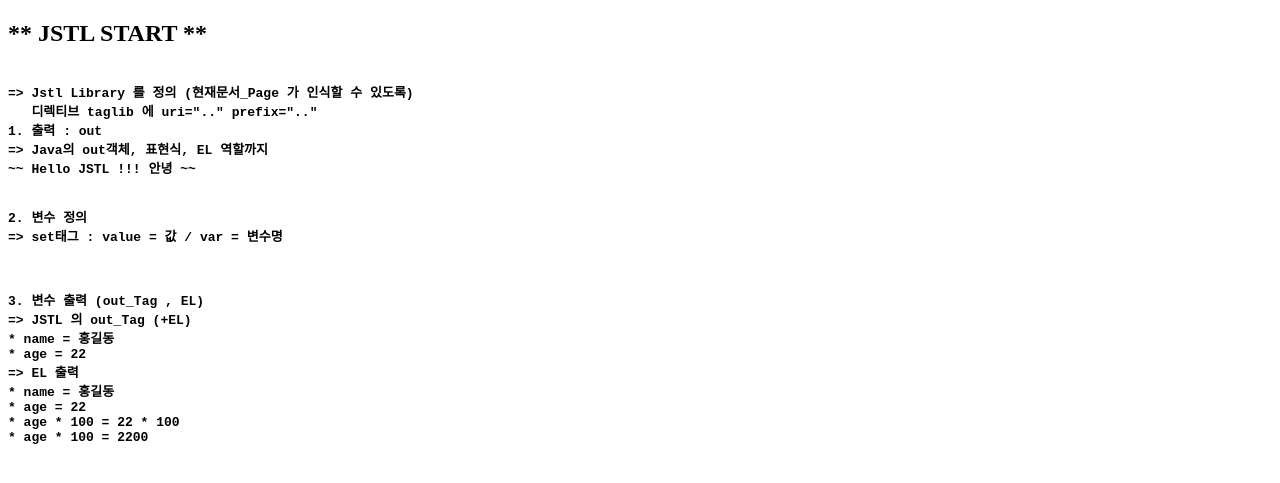
Repository: JYH94/JAVA
Page: http://localhost/web01/jsp03_jstl/ex01_jstlStart.jsp
An editor plug-in stored every save of this project. The page is shown before and after the next save, followed by the edit.
The browser window is 1280 px wide. The pictures show the whole page.
The page is served by Tomcat 9. Other server files are loaded and not shown.

Above is the page before, as saved 2024-01-16 04:18:13.

### web01/src/main/webapp/jsp03_jstl/ex01_jstlStart.jsp
<%@ page language="java" contentType="text/html; charset=UTF-8"
    pageEncoding="UTF-8"%>
<%@ taglib uri="http://java.sun.com/jsp/jstl/core" prefix="c" %>
<!DOCTYPE html>
<html>
<head>
<meta charset="UTF-8">
<title>** JSTL START **</title>
</head>
<body>
<h2>** JSTL START **</h2>

<pre><b>
=> Jstl Library 를 정의 (현재문서_Page 가 인식할 수 있도록)
   디렉티브 taglib 에 uri=".." prefix=".."
1. 출력 : out
=> Java의 out객체, 표현식, EL 역할까지
<c:out value="~~ Hello JSTL !!! 안녕 ~~" />
<%-- <c:out value=""></c:out> --%>

2. 변수 정의
=> set태그 : value = 값 / var = 변수명
<c:set value="홍길동" var="name"/>
<c:set value="22" var="age"/>

3. 변수 출력 (out_Tag , EL)
=> JSTL 의 out_Tag (+EL)
* name = <c:out value="${name}" />
* age = <c:out value="${age}" />
=> EL 출력
* name = ${name}
* age = ${age}
* age * 100 = ${age} * 100
* age * 100 = ${age*100}

</b></pre>


</body>
</html>

After the next save:
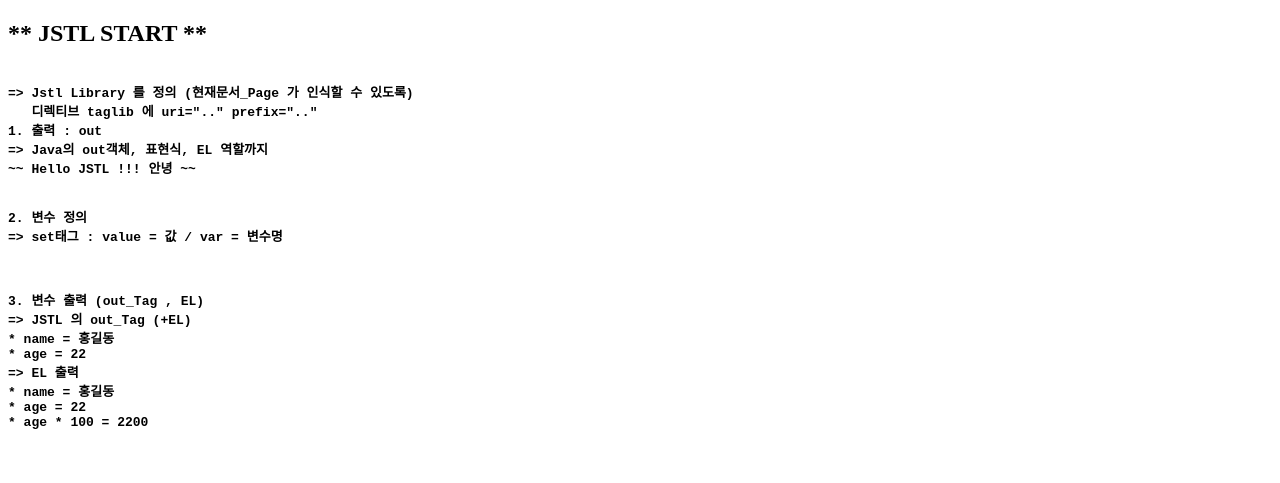
Saved 11 s later.
--- a/web01/src/main/webapp/jsp03_jstl/ex01_jstlStart.jsp
+++ b/web01/src/main/webapp/jsp03_jstl/ex01_jstlStart.jsp
@@ -30,7 +30,6 @@
 => EL 출력
 * name = ${name}
 * age = ${age}
-* age * 100 = ${age} * 100
 * age * 100 = ${age*100}
 
 </b></pre>
